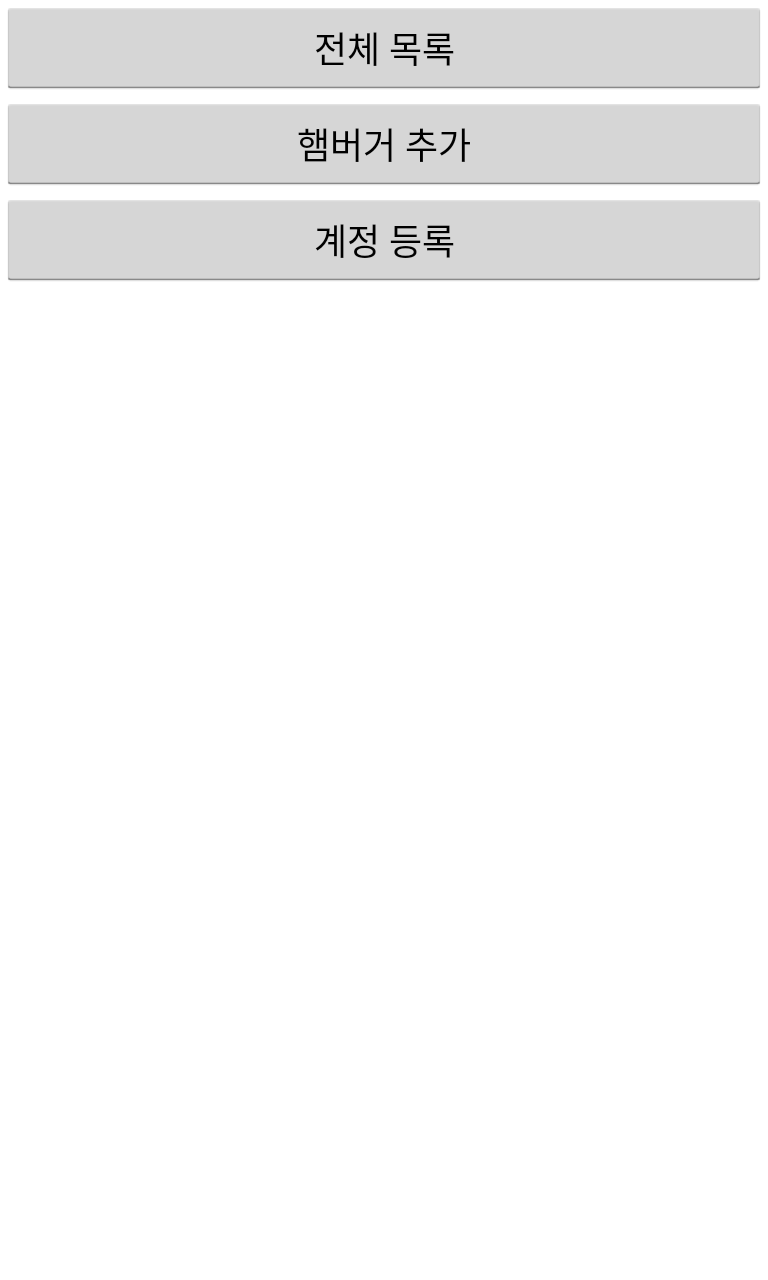
Repository: OnionLord/BurgerWIKI
Layout: burgerDicApp/BurgerDictionary/res/layout/actmain.xml
The author's editor kept a copy of each file at every save. The layout is drawn from the files as they stood at one save, then again after the next save.
It is drawn on a 768 x 1280 px phone screen (xhdpi) without system bars, with theme AppTheme; the app's code is not run.

Above is the layout before, as saved 2014-11-06 13:30:25.

### burgerDicApp/BurgerDictionary/res/layout/actmain.xml
<LinearLayout xmlns:android="http://schemas.android.com/apk/res/android"
    android:layout_width="fill_parent"
    android:layout_height="fill_parent"
    android:orientation="vertical" >

    <Button
        android:id="@+id/main_btn1"
        android:layout_width="fill_parent"
        android:layout_height="wrap_content"
        android:onClick="onClickButton"
        android:text="전체 목록" />

    <Button
        android:id="@+id/main_btn2"
        android:layout_width="fill_parent"
        android:layout_height="wrap_content"
        android:onClick="onClickButton"
        android:text="햄버거 추가" />
    <Button
        android:id="@+id/main_btn3"
        android:layout_width="fill_parent"
        android:layout_height="wrap_content"
        android:onClick="onClickButton"
        android:text="계정 등록" />

</LinearLayout>

Loaded but not shown: burgerDicApp/BurgerDictionary/res/values/styles.xml (common file); burgerDicApp/BurgerDictionary/res/values-v11/styles.xml (common file); burgerDicApp/BurgerDictionary/res/values-v14/styles.xml (common file)

After the next save:
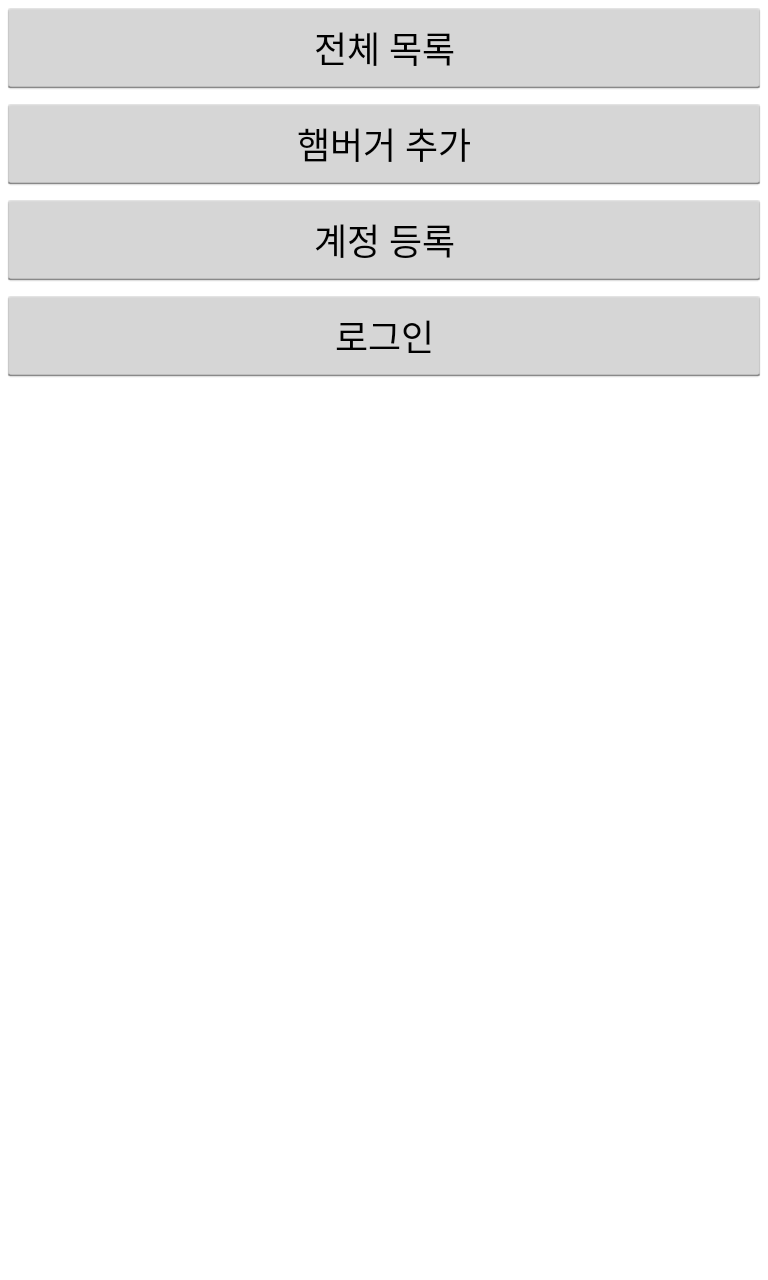
Saved 77 s later.
--- a/burgerDicApp/BurgerDictionary/res/layout/actmain.xml
+++ b/burgerDicApp/BurgerDictionary/res/layout/actmain.xml
@@ -22,5 +22,11 @@
         android:layout_height="wrap_content"
         android:onClick="onClickButton"
         android:text="계정 등록" />
+    <Button
+        android:id="@+id/main_btn4"
+        android:layout_width="fill_parent"
+        android:layout_height="wrap_content"
+        android:onClick="onClickButton"
+        android:text="로그인" />
 
 </LinearLayout>
